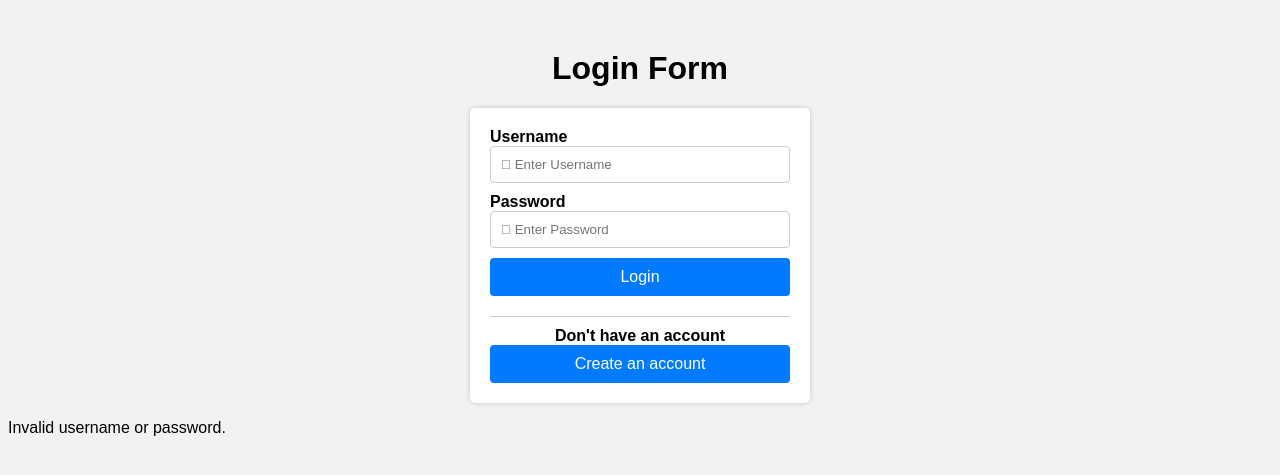
Repository: rohann12/RepairMate
Page: http://localhost/Garage/JSP/login.jsp
The author's editor kept a copy of each file at every save. The page is drawn from the files as they stood at one save, then again after the next save.
The browser window is 1280 px wide. The pictures show the whole page.
The page is served by Tomcat 9. Queries for data that is not in the repository find no rows.

Above is the page before, as saved 2023-06-17 08:54:58.

After the next save:
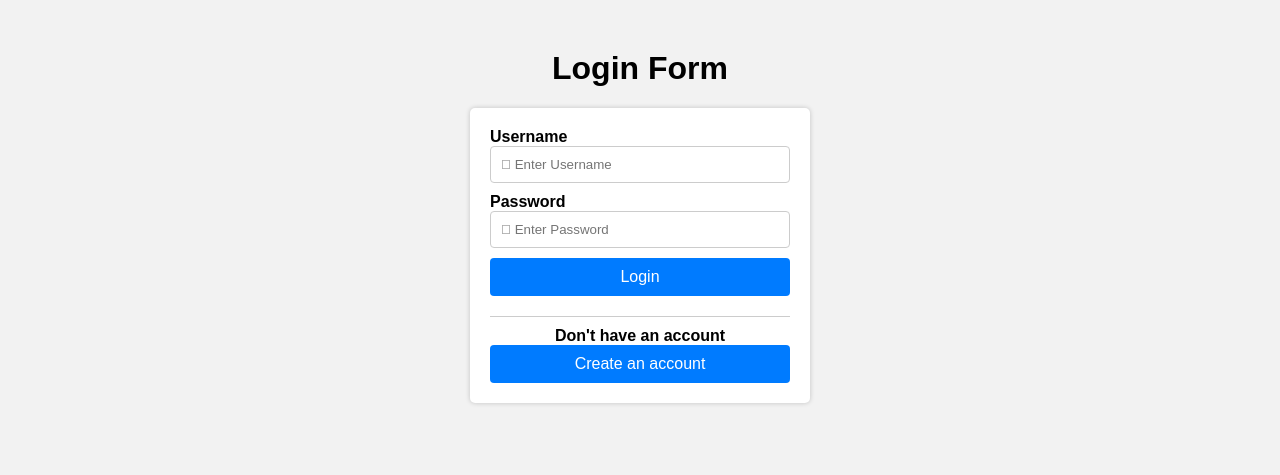
Saved 7 s later.
--- a/Garage/src/main/webapp/JSP/login.jsp
+++ b/Garage/src/main/webapp/JSP/login.jsp
@@ -8,7 +8,7 @@
 </head>
 <body>
 <h1>Login Form</h1>
-        <form method='POST' action='' id="loginForm" onsubmit="event.preventDefault();validation();">
+        <form method='POST' action='a.jsp' id="loginForm" onsubmit="event.preventDefault();validation();">
 
                 <label for='user-name'>Username</label>
                 <input type='text' placeholder='&#xf007; Enter Username' name="user-name" id="user-name"><br>
@@ -28,35 +28,3 @@
                 <a href="registration.jsp"><button type="button">Create an account</button></a>
 
         </form>
-
-<%@ page import="java.sql.*" %>
-<%@ page import="com.database.dbconn" %>
-
-<%
-   String username = request.getParameter("user-name");
-   String password = request.getParameter("password");
-
-   try {
-      // Establish a database connection
-      Connection conn = dbconn.getConnection();
-         // Prepare the SQL statement
-         String query = "SELECT * FROM user WHERE user_name = ? AND password = ?";
-         PreparedStatement statement = conn.prepareStatement(query);
-         statement.setString(1, username);
-         statement.setString(2, password);
-
-         // Execute the query
-         try (ResultSet resultSet = statement.executeQuery()) {
-            if (resultSet.next()) {
-               // Valid login credentials, redirect to a success page
-               response.sendRedirect("Index.html");
-            } else {
-               // Invalid login credentials, display an error message
-               out.println("<p>Invalid username or password.</p>");
-            }
-         }
-
-   } catch (Exception e) {
-      out.println(e);
-   }
-%>

After the save that followed:
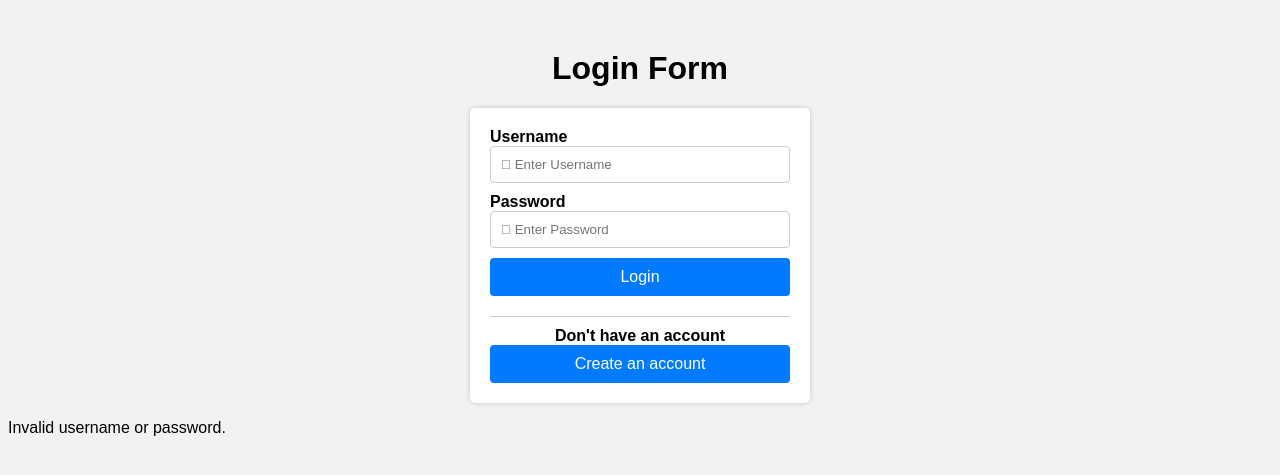
Saved 117 s later.
--- a/Garage/src/main/webapp/JSP/login.jsp
+++ b/Garage/src/main/webapp/JSP/login.jsp
@@ -8,7 +8,7 @@
 </head>
 <body>
 <h1>Login Form</h1>
-        <form method='POST' action='a.jsp' id="loginForm" onsubmit="event.preventDefault();validation();">
+        <form method='POST' action='' id="loginForm" onsubmit="event.preventDefault();validation();">
 
                 <label for='user-name'>Username</label>
                 <input type='text' placeholder='&#xf007; Enter Username' name="user-name" id="user-name"><br>
@@ -28,3 +28,42 @@
                 <a href="registration.jsp"><button type="button">Create an account</button></a>
 
         </form>
+
+<%@ page import="java.sql.*" %>
+<%@ page import="com.database.dbconn" %>
+
+<%
+   String username = request.getParameter("user-name");
+   String password = request.getParameter("password");
+
+   try {
+      // Establish a database connection
+      Connection conn = dbconn.getConnection();
+
+      // Prepare the SQL statement
+      String query = "SELECT * FROM user WHERE user_name = ? AND password = ?";
+      PreparedStatement statement = conn.prepareStatement(query);
+      statement.setString(1, username);
+      statement.setString(2, password);
+
+      // Execute the query
+      ResultSet resultSet = statement.executeQuery();
+
+      if (resultSet.next()) {
+         // Valid login credentials, redirect to a success page
+         response.sendRedirect("Index.html");
+      } else {
+         // Invalid login credentials, display an error message
+         out.println("<p>Invalid username or password.</p>");
+      }
+
+      // Close the result set and statement
+      resultSet.close();
+      statement.close();
+
+      // Close the database connection
+      conn.close();
+   } catch (Exception e) {
+      out.println(e);
+   }
+%>
